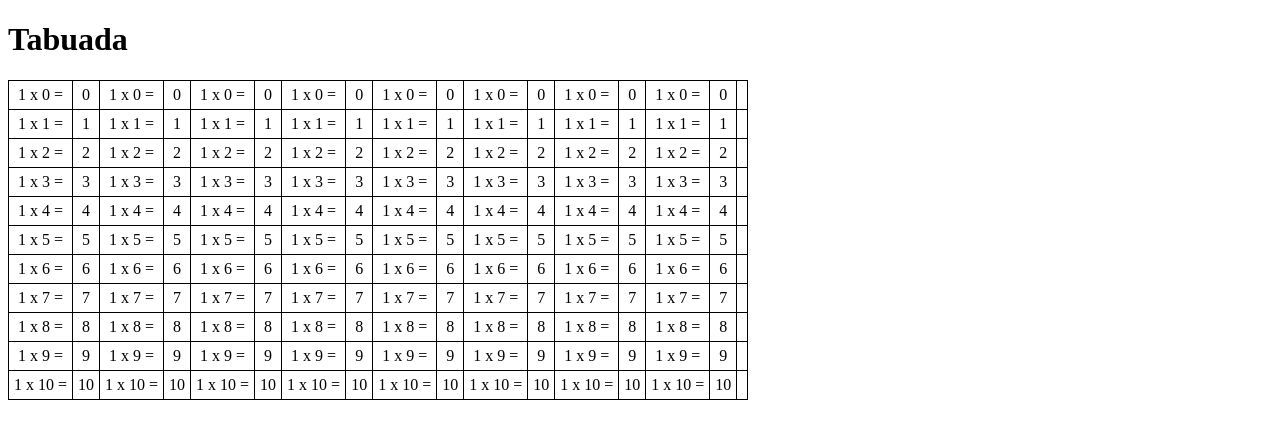
Repository: JulioCesarSF/Java
Page: http://localhost/Exercicio_02-JSPs/tabuada.jsp
These files come from the project's save history. The page is drawn as it stood at one moment and after the next save; the edit follows.
The browser window is 1280 px wide. The pictures show the whole page.
The page is served by Tomcat 9.

Above is the page before, as saved 2016-08-17 18:23:04.

After the next save:
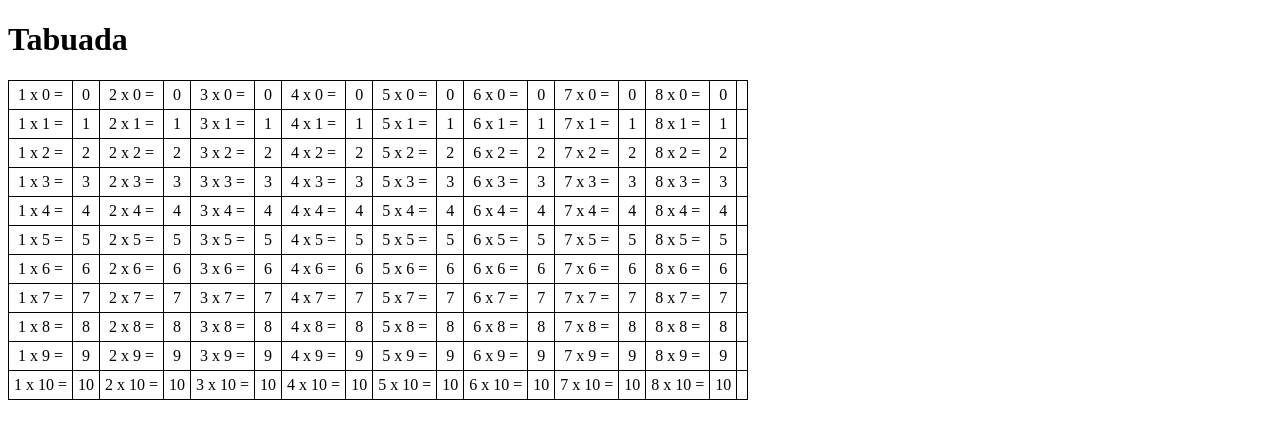
Saved 80 s later.
--- a/ProjetosFaculdade/Thiago/Exercicio_02-JSPs/WebContent/tabuada.jsp
+++ b/ProjetosFaculdade/Thiago/Exercicio_02-JSPs/WebContent/tabuada.jsp
@@ -28,24 +28,32 @@
 			<td><%=n%> x <%=i%> =</td>
 			<td><%=r%>
 
-			<td><%=n%> x <%=i%> =</td>
-			<td><%=r%>
+			<% n++; %>
 
 			<td><%=n%> x <%=i%> =</td>
 			<td><%=r%>
 
+			<% n++; %>
 			<td><%=n%> x <%=i%> =</td>
 			<td><%=r%>
 
+			<% n++; %>
 			<td><%=n%> x <%=i%> =</td>
 			<td><%=r%>
 
+			<% n++; %>
 			<td><%=n%> x <%=i%> =</td>
 			<td><%=r%>
 
+			<% n++; %>
 			<td><%=n%> x <%=i%> =</td>
 			<td><%=r%>
 
+			<% n++; %>
+			<td><%=n%> x <%=i%> =</td>
+			<td><%=r%>
+
+			<% n++; %>
 			<td><%=n%> x <%=i%> =</td>
 			<td><%=r%>
 
@@ -53,6 +61,7 @@
 		</tr>
 
 		<%
+			n = 1;
 			}
 		%>
 
